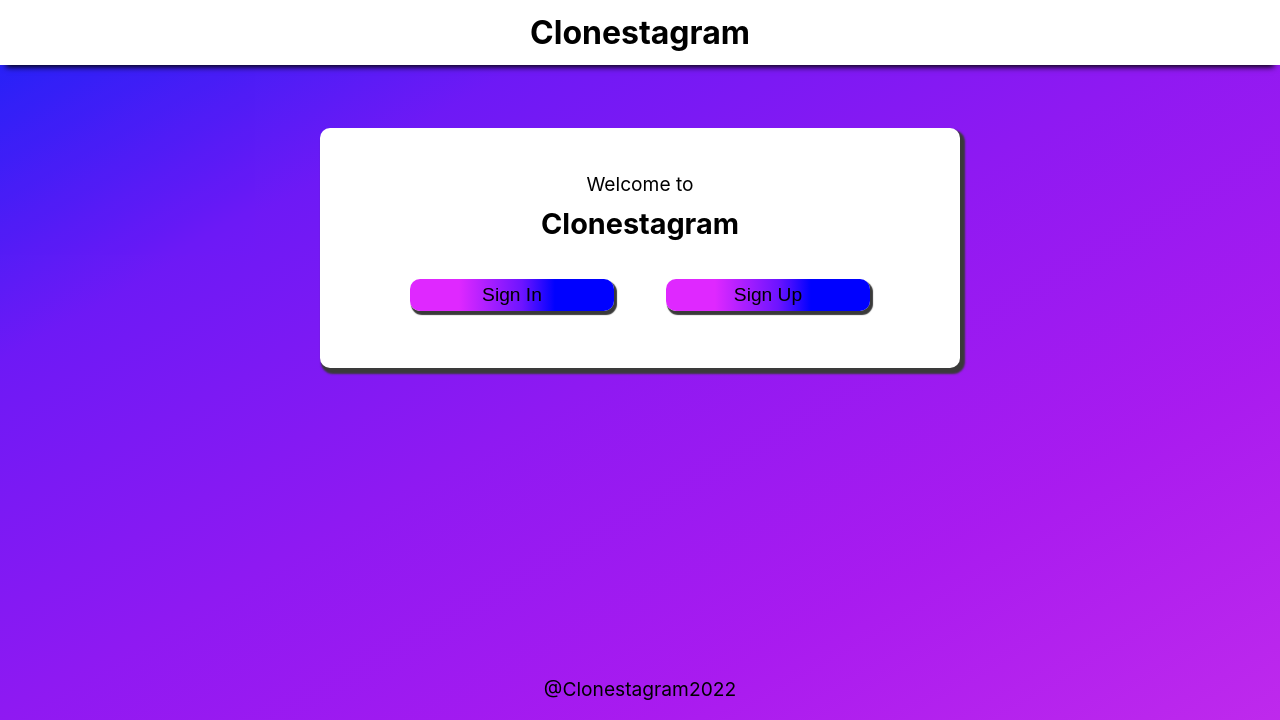
Repository: MikeMoore55/clonestagram
Page: /
The author's editor kept a copy of each file at every save. The page is drawn from the files as they stood at one save, then again after the next save.
The browser window is 1280 px wide. The pictures show the whole page.
The project was rebuilt for these pictures with package versions that can differ from the ones it lists, and the page was loaded fresh each time. The framework's server and built-in components were replaced by stand-ins that run in the browser. Also part of the build but not shown: next.config.js.

Above is the page before, as saved 2022-11-18 08:41:50.

After the next save:
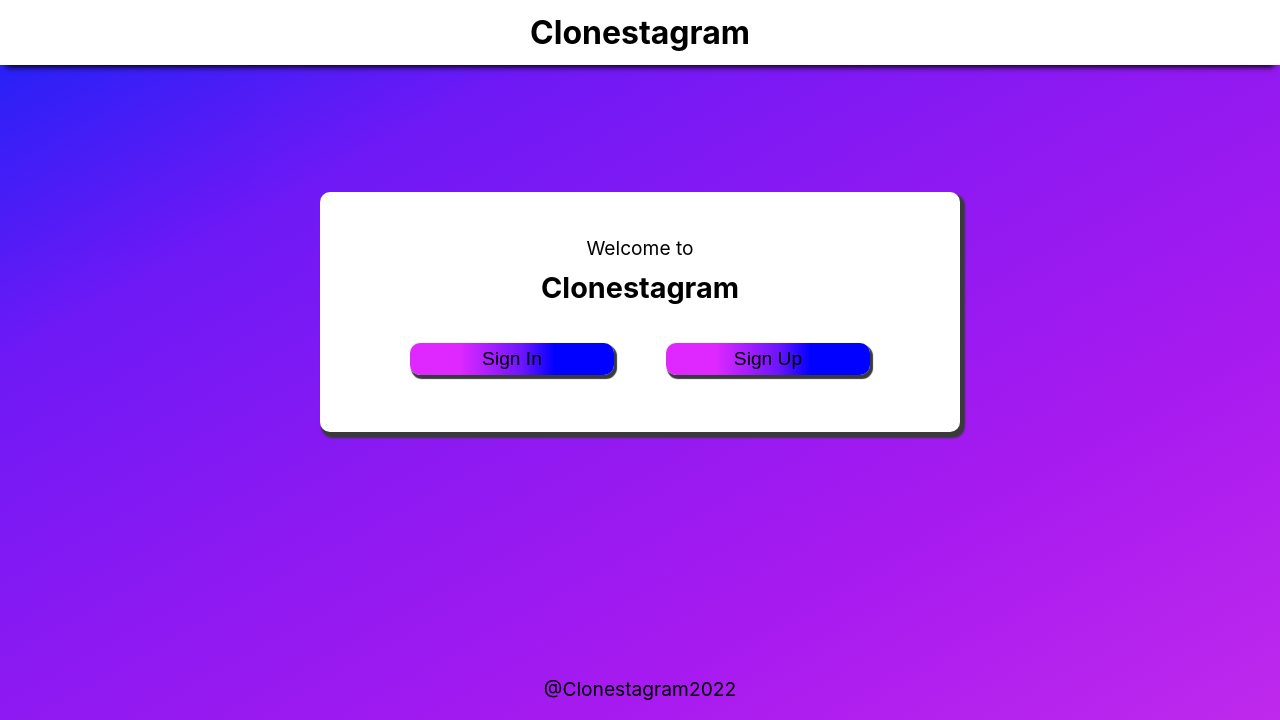
Saved 15 s later.
--- a/styles/Home.module.css
+++ b/styles/Home.module.css
@@ -131,7 +131,7 @@
 
     .greetingContainer {
         width: 50%;
-        margin: 5% 25% 2% 25%;
+        margin: 10% 25% 2% 25%;
         padding: 3% 5% 4% 5%;
         border-radius: 10px;
         box-shadow: 3px 4px 2px 2px rgb(58, 58, 58);
